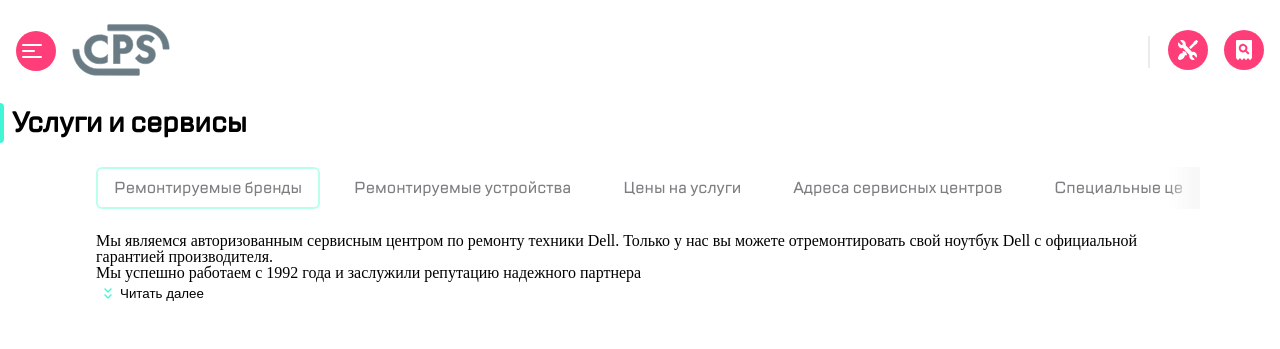
Repository: sem1103/bem
Page: index.html
These files come from the project's save history. The page is drawn as it stood at one moment and after the next save; the edit follows.
The browser window is 1280 px wide. The pictures show the whole page.

Above is the page before, as saved 2023-12-27 18:29:04.

After the next save:
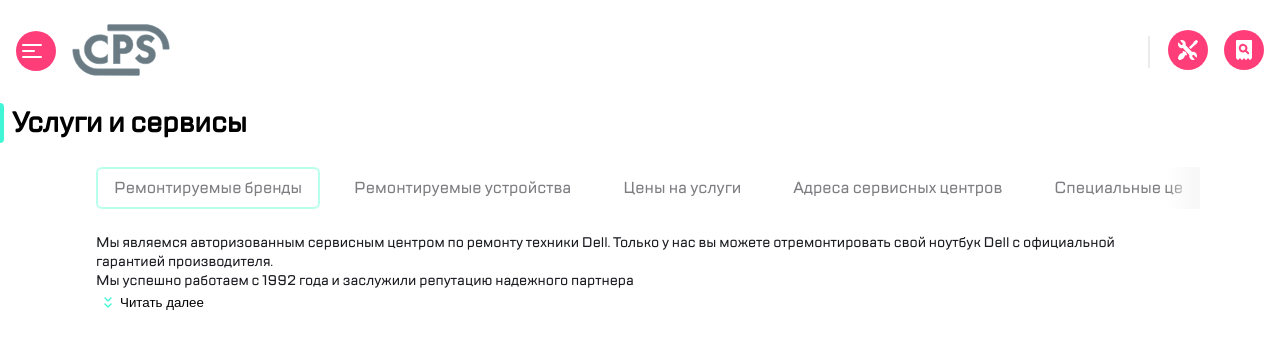
Saved 26 s later.
--- a/styles/main.css
+++ b/styles/main.css
@@ -132,7 +132,7 @@
     display: flex;
     align-items: center;
 }
-.content__more p{
+.content__text p{
     color: #1B1C21;
     font: 14px var(--lakesFont);
 }
